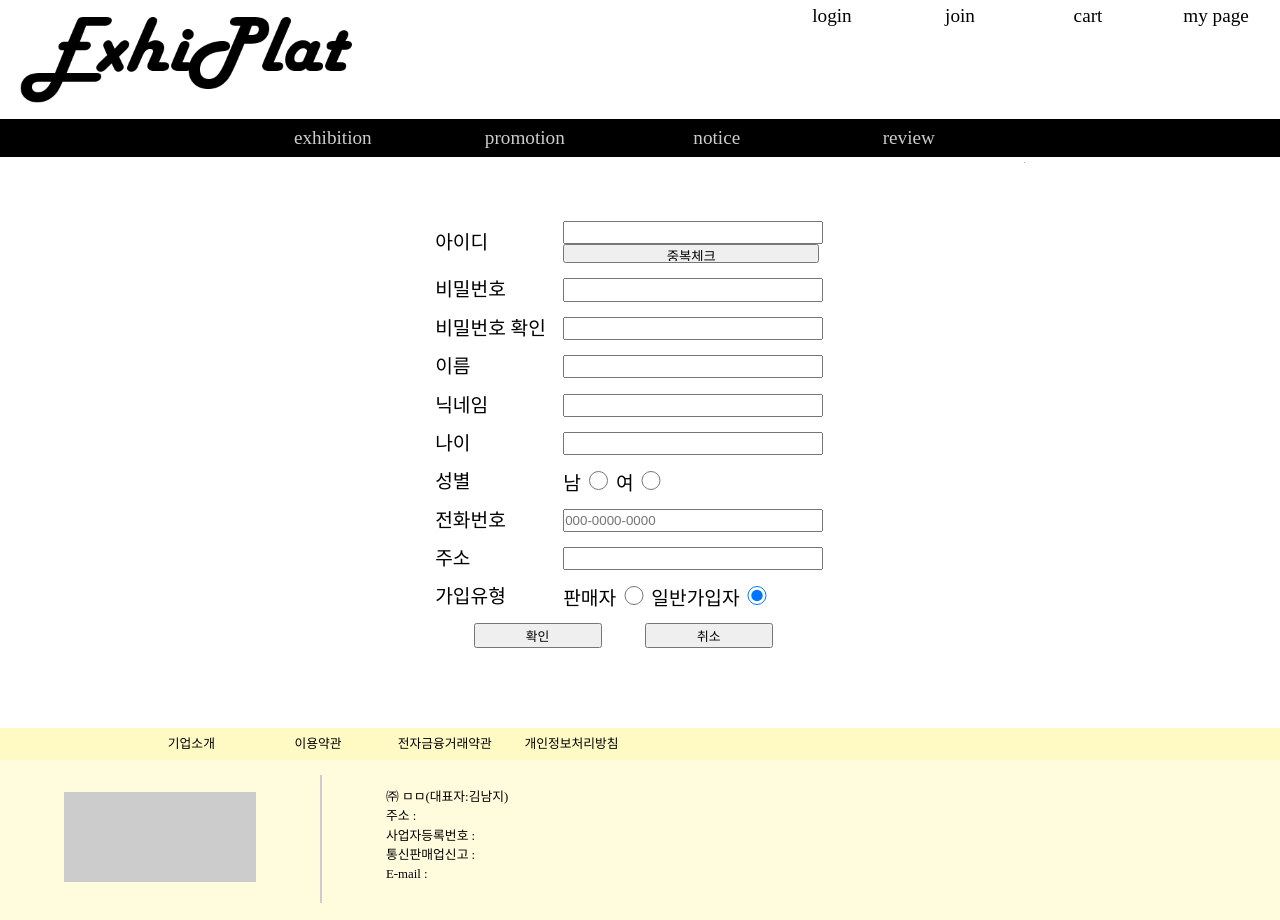
Repository: pnamjitoo/exhibition
Page: http://localhost/exhibition/source/member/regist.jsp
An editor plug-in stored every save of this project. The page is shown before and after the next save, followed by the edit.
The browser window is 1280 px wide. The pictures show the whole page.
Some web libraries are served in a nearby version. The page is served by Tomcat 9.

Above is the page before, as saved 2022-09-11 01:09:54.

After the next save:
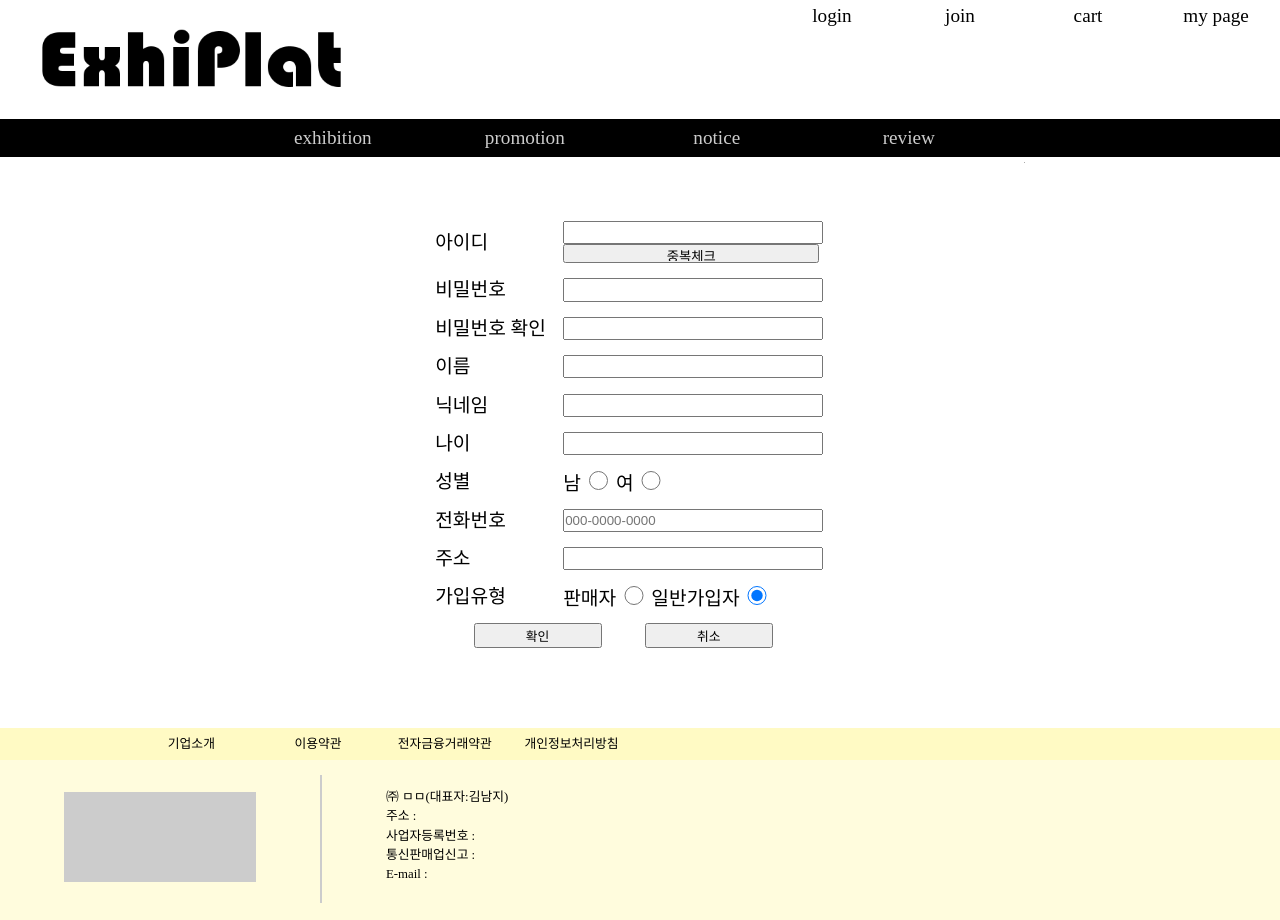
Saved 9 min 25 s later.
--- a/exhibition/src/main/webapp/source/main/header.jsp
+++ b/exhibition/src/main/webapp/source/main/header.jsp
@@ -23,7 +23,7 @@
     <div id="wrap">
         <header>
             <div id="logo">
-				<img width='350' height='90' src="${pageContext.request.contextPath}/image/logo.png">
+				<img width='350' height='90' src="${pageContext.request.contextPath}/image/exhiplat.png">
             </div><!--//logo-->
             <div id="top_menu">
                 <ul>
